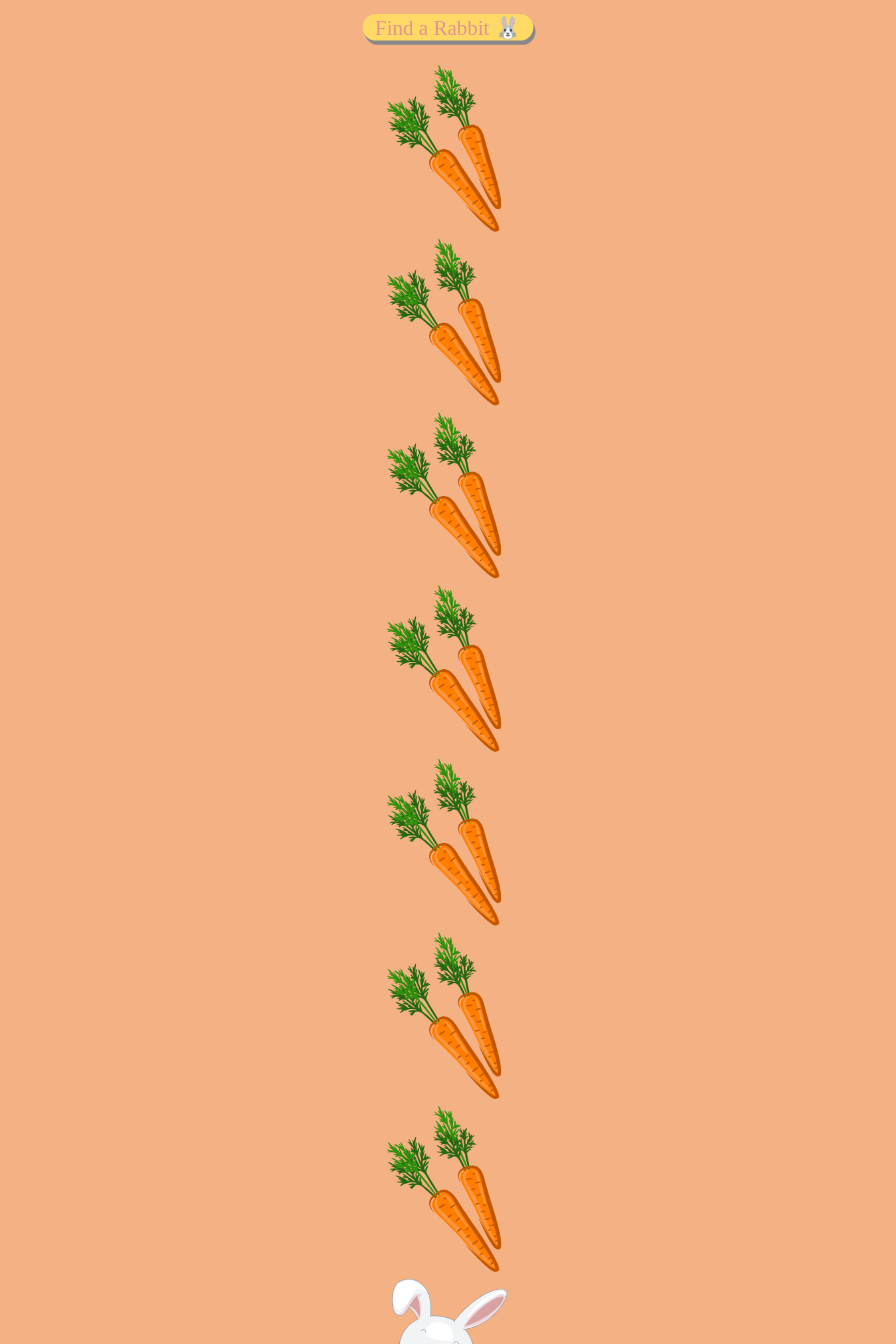
Repository: sephinejo/frontend-browser-101
Page: browser/practice-find-rabbit/index.html
These files come from the project's save history. The page is drawn as it stood at one moment and after the next save; the edit follows.
The browser window is 1280 px wide. The pictures show the part of the page from y = 0 to 1920 px (the page is 3029 px tall before and 3039 px after), at 70% of full size.
Some web fonts or font styles are not loaded; a fallback is used.

Above is the page before, as saved 2023-05-10 21:22:20.

After the next save:
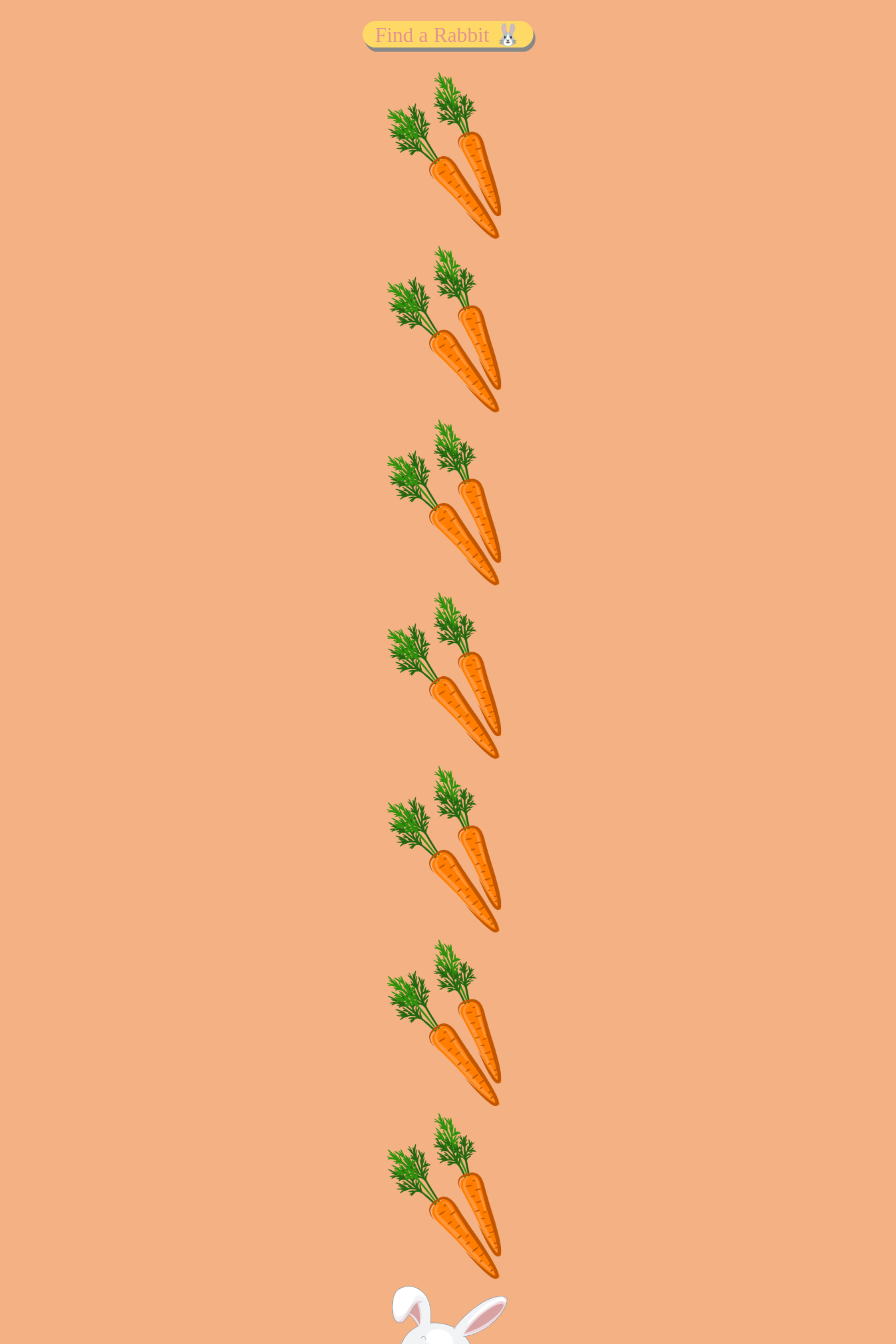
Saved 12 s later.
--- a/browser/practice-find-rabbit/index.html
+++ b/browser/practice-find-rabbit/index.html
@@ -22,7 +22,7 @@
       button {
         border-style: none;
         border-radius: 1.3rem;
-        margin: 20px 0 30px 0;
+        margin: 30px 0 30px 0;
         padding: 1.5px 18px;
         background-color: #ffd966;
         color: #e49393;
